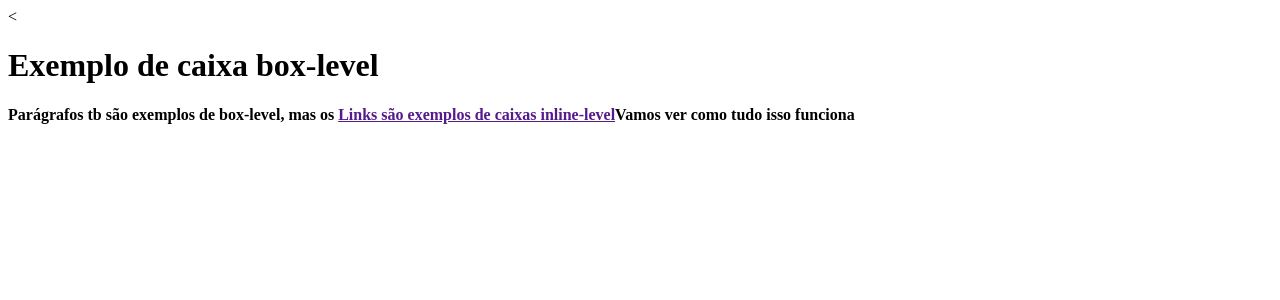
Repository: DorivalJunior14/exercicios
Page: ex.caixas.html/ex.caixas.html
The author's editor kept a copy of each file at every save. The page is drawn from the files as they stood at one save, then again after the next save.
The browser window is 1280 px wide. The pictures show the whole page.

Above is the page before, as saved 2021-05-12 15:59:05.

### ex.caixas.html/ex.caixas.html
<!DOCTYPE html>
<html lang="pt-br">
<head>
    <meta charset="UTF-8">
    <meta name="viewport" content="width=device-width, initial-scale=1.0">
    <title>Modelos de Caixas</title>
</head>
<<b>

    <h1>Exemplo de caixa box-level</h1>
    <p>Parágrafos tb são exemplos de box-level, mas os <a href="">Links são exemplos de caixas inline-level</a>Vamos ver como tudo isso funciona</p>

</body>

After the next save:
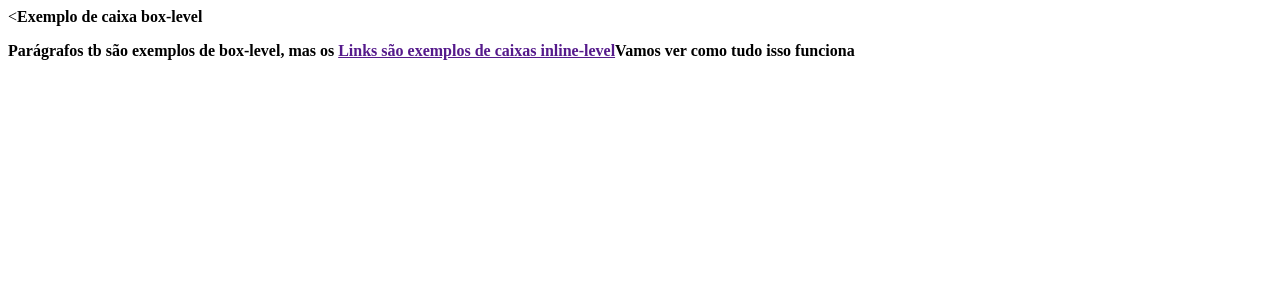
Saved 6 s later.
--- a/ex.caixas.html/ex.caixas.html
+++ b/ex.caixas.html/ex.caixas.html
@@ -5,7 +5,7 @@
     <meta name="viewport" content="width=device-width, initial-scale=1.0">
     <title>Modelos de Caixas</title>
 </head>
-<<b>
+<<b
 
     <h1>Exemplo de caixa box-level</h1>
     <p>Parágrafos tb são exemplos de box-level, mas os <a href="">Links são exemplos de caixas inline-level</a>Vamos ver como tudo isso funciona</p>
